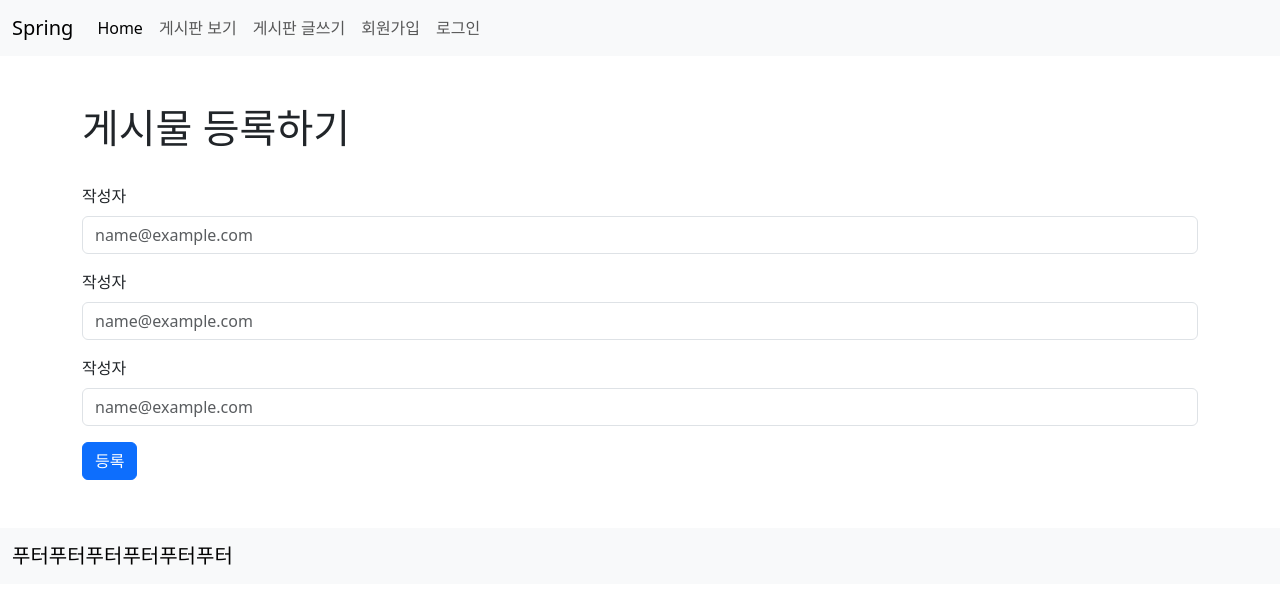
Repository: Jensuchan/spring_solo_project
Page: http://localhost/spring_test/WEB-INF/views/board/register.jsp
These files come from the project's save history. The page is drawn as it stood at one moment and after the next save; the edit follows.
The browser window is 1280 px wide. The pictures show the whole page.
The page is served by Tomcat 9. Nobody is signed in. Other server files are loaded and not shown. The template is opened directly, without the code that normally fills it, so the values that code supplies are empty.

Above is the page before, as saved 2024-01-16 05:54:39.

### spring_test/src/main/webapp/WEB-INF/views/board/register.jsp
<%@ page language="java" contentType="text/html; charset=UTF-8"
	pageEncoding="UTF-8"%>
<jsp:include page="../layout/header.jsp"></jsp:include>




<div class="container">
	<h1>게시물 등록하기</h1><br>
	<form action="/board/regiser" method="post">
		<div class="mb-3">
			<label for="title" class="form-label">작성자</label>
			<input type="text" class="form-control" id="exampleFormControlInput1" placeholder="name@example.com">
		</div>
		<div class="mb-3">
			<label for="exampleFormControlInput1" class="form-label">작성자</label>
			<input type="email" class="form-control" id="exampleFormControlInput1" placeholder="name@example.com">
		</div>
		<div class="mb-3">
			<label for="exampleFormControlInput1" class="form-label">작성자</label>
			<input type="email" class="form-control" id="exampleFormControlInput1" placeholder="name@example.com">
		</div>
		<button type="submit" class="btn btn-primary">등록</button>

	</form>






</div>

<jsp:include page="../layout/footer.jsp"></jsp:include>

### spring_test/src/main/webapp/WEB-INF/views/layout/header.jsp
<%@ taglib uri="http://java.sun.com/jsp/jstl/core" prefix="c"%>
<%@ page language="java" contentType="text/html; charset=UTF-8"
	pageEncoding="UTF-8"%>
<%@ taglib uri="http://www.springframework.org/security/tags"
	prefix="sec"%>
<!DOCTYPE html>
<html>
<head>
<meta charset="UTF-8">
<title>Insert title here</title>
<link
	href="https://cdn.jsdelivr.net/npm/bootstrap@5.3.1/dist/css/bootstrap.min.css"
	rel="stylesheet"
	integrity="sha384-4bw+/aepP/YC94hEpVNVgiZdgIC5+VKNBQNGCHeKRQN+PtmoHDEXuppvnDJzQIu9"
	crossorigin="anonymous">
<script
	src="https://cdn.jsdelivr.net/npm/bootstrap@5.3.1/dist/js/bootstrap.bundle.min.js"
	integrity="sha384-HwwvtgBNo3bZJJLYd8oVXjrBZt8cqVSpeBNS5n7C8IVInixGAoxmnlMuBnhbgrkm"
	crossorigin="anonymous"></script>
</head>
<style>
	.container-fluid{
		display: flex;
		justify-content: space-evenly;
		align-items: center;
	}
</style>

<body>

	<nav class="navbar navbar-expand-lg bg-body-tertiary">
		<div class="container-fluid">
			<a class="navbar-brand" href="/">Spring</a>
			<button class="navbar-toggler" type="button"
				data-bs-toggle="collapse" data-bs-target="#navbarSupportedContent"
				aria-controls="navbarSupportedContent" aria-expanded="false"
				aria-label="Toggle navigation">
				<span class="navbar-toggler-icon"></span>
			</button>
			<div class="collapse navbar-collapse" id="navbarSupportedContent">
				<ul class="navbar-nav me-auto mb-2 mb-lg-0">
					<li class="nav-item"><a class="nav-link active"
						aria-current="page" href="/">Home</a></li>
					<li class="nav-item"><a class="nav-link" href="/">게시판 보기</a></li>

					<!-- 현재 인증한 사용자의 정보를 가져와서 해당 권한이 있는지 확인 -->
					<!-- 현재 사용자의 정보는 principal  -->
					<!-- anyMatch() : stream 매칭 메서드(최소한 1개의 요소가 주어진 조건에 맞는지 조사) -->

					<li class="nav-item"><a class="nav-link" href="/board/register">게시판 글쓰기</a>
					</li>
					<li class="nav-item"><a class="nav-link"
						href="/member/register">회원가입</a></li>
					<li class="nav-item"><a class="nav-link" href="#">로그인</a>
					</li>
				</ul>
			</div>
		</div>
	</nav>

	<br><br>

### spring_test/src/main/webapp/WEB-INF/views/layout/footer.jsp
<%@ page language="java" contentType="text/html; charset=UTF-8"
    pageEncoding="UTF-8"%>
<br><br>
<nav class="navbar navbar-expand-lg bg-body-tertiary">
		<div class="container-fluid">
			<a class="navbar-brand" href="/">푸터푸터푸터푸터푸터푸터</a>

			<div class="collapse navbar-collapse" id="navbarSupportedContent">
			</div>
		</div>
	</nav>
</body>
</html>

After the next save:
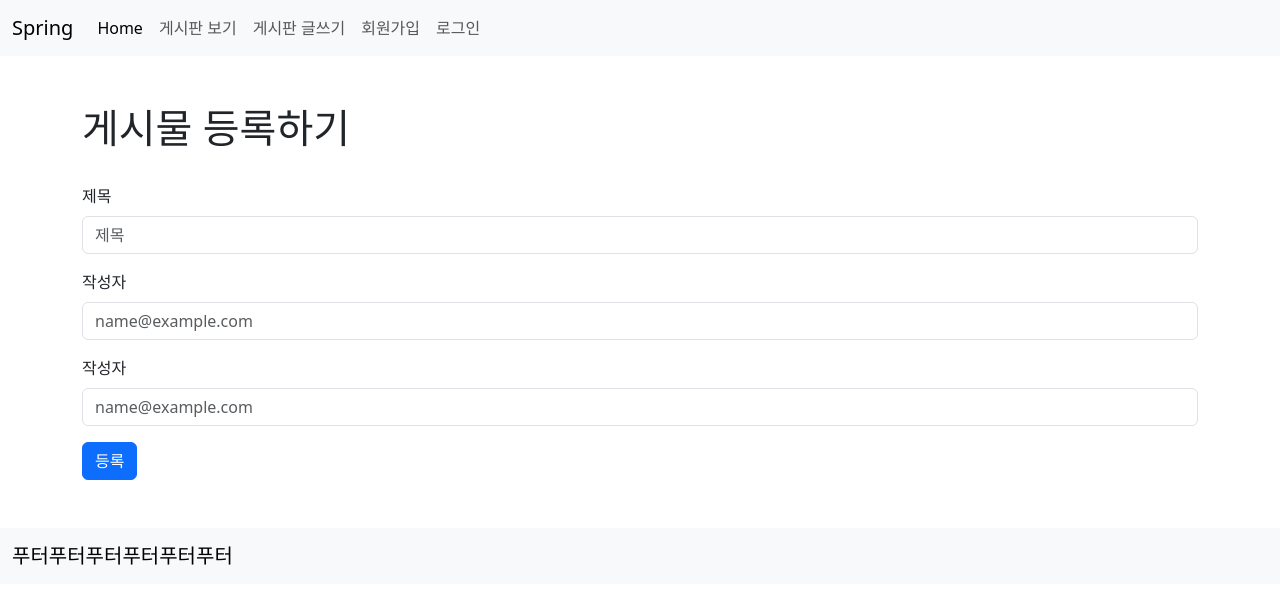
Saved 15 s later.
--- a/spring_test/src/main/webapp/WEB-INF/views/board/register.jsp
+++ b/spring_test/src/main/webapp/WEB-INF/views/board/register.jsp
@@ -9,8 +9,8 @@
 	<h1>게시물 등록하기</h1><br>
 	<form action="/board/regiser" method="post">
 		<div class="mb-3">
-			<label for="title" class="form-label">작성자</label>
-			<input type="text" class="form-control" id="exampleFormControlInput1" placeholder="name@example.com">
+			<label for="title" class="form-label">제목</label>
+			<input type="text" class="form-control" id="title" placeholder="제목">
 		</div>
 		<div class="mb-3">
 			<label for="exampleFormControlInput1" class="form-label">작성자</label>
